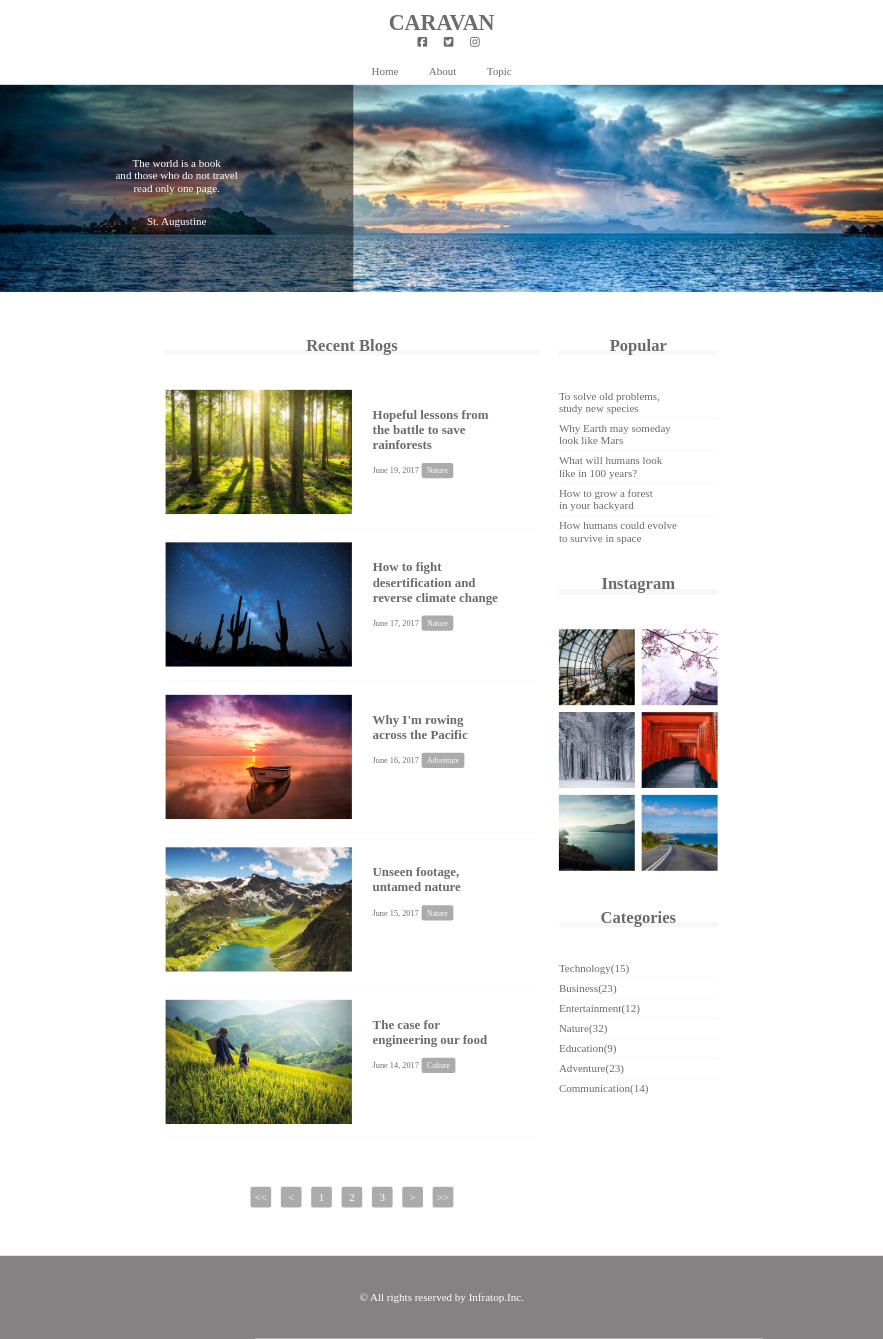
Repository: macchi-ro/-1
Page: caravan/index.html
The author's editor kept a record of every edit. The page is drawn from the files as they stood at one moment, then again after the next edit.
The browser window is 1280 px wide. The pictures show the whole page, at 69% of full size.
Some web libraries are served in a nearby version.

Above is the page before.

### caravan/index.html
<!DOCTYPE html>
<html lang="ja">
  <head>
    <meta charset="UTF-8" />

    <!-- FontAwesomeの読み込み -->
    <script src="https://kit.fontawesome.com/1411ab0f97.js" crossorigin="anonymous"></script>
    <!-- CSSファイルの読み込み -->
    <link rel="stylesheet" href="style.css" />
    <title>CARAVAN</title>


  </head>

  <body>
    <!-- header -->
    <header>
      <h1 class="heading">
        <a href="index.html">
          CARAVAN
        </a>
      </h1>
      <div class="social">
       <i class="fab fa-facebook-square"></i>
       <i class="fab fa-twitter-square"></i>
       <i class="fab fa-instagram"></i>
     </div>
    </header>

    <!-- navigation -->
    <nav>
      <ul class="nav-list">
        <li class="nav-list-item">
          <a href="index.html">Home</a>
        </li>
        <li class="nav-list-item">About</li>
        <li class="nav-list-item">Topic</li>
      </ul>
    </nav>

    <!-- main-visual用のdiv -->
    <div class="main-visual">
      <div class="main-visual-content">
        <p class="main-visual-text">
          The world is a book<br />
          and those who do not travel<br />
          read only one page.
        </p>
        <p class="main-visual-name">
          St. Augustine
        </p>
      </div>
    </div>

    <!-- main用のdiv -->
    <main>
      <section class="blog">
        <h2 class="blog-heading">Recent Blogs</h2>
        <div class="blog-box">
          <div class="blog-item">
            <img class="blog-image" src="img/forest.jpg" />
            <section class="blog-text">
              <h3 class="blog-text-heading">
                <a href="single.html">
                  Hopeful lessons from<br />
                  the battle to save<br />
                  rainforests
                </a>
              </h3>
              <p class="blog-date">June 19, 2017</p>
              <span class="category">Nature</span>
            </section>
          </div>
          <div class="blog-item">
            <img class="blog-image" src="img/desert.jpg" />
            <section class="blog-text">
              <h3 class="blog-text-heading">
                <a href="single.html">
                  How to fight<br />
                  desertification and<br />
                  reverse climate change
                </a>
              </h3>
              <p class="blog-date">June 17, 2017</p>
              <span class="category">Nature</span>
            </section>
          </div>
          <div class="blog-item">
            <img class="blog-image" src="img/sunset.jpg" />
            <section class="blog-text">
              <h3 class="blog-text-heading">
                <a href="single.html">
                  Why I'm rowing<br />
                  across the Pacific
                </a>
              </h3>
              <p class="blog-date">June 16, 2017</p>
              <span class="category">Adventure</span>
            </section>
          </div>
          <div class="blog-item">
            <img class="blog-image" src="img/italy.jpg" />
            <section class="blog-text">
              <h3 class="blog-text-heading">
                <a href="single.html">
                  Unseen footage,<br />
                  untamed nature
                </a>
              </h3>
              <p class="blog-date">June 15, 2017</p>
              <span class="category">Nature</span>
            </section>
          </div>
          <div class="blog-item">
            <img class="blog-image" src="img/asia.jpg" />
            <section class="blog-text">
              <h3 class="blog-text-heading">
                <a href="single.html">
                  The case for<br />
                  engineering our food
                </a>
              </h3>
              <p class="blog-date">June 14, 2017</p>
              <span class="category">Culture</span>
            </section>
          </div>
        </div>
        <div class="pagination">
          <p><<</p>
          <p><</p>
          <p>1</p>
          <p>2</p>
          <p>3</p>
          <p>></p>
          <p>>></p>
        </div>
      </section>
      <div class="sidebar">
        <section class="popular">
          <h2 class="popular-heading common-heading">Popular</h2>
          <div class="sidebar-contents">
            <p class="popular-text">
              To solve old problems,<br />study new species
            </p>
            <p class="popular-text">
              Why Earth may someday<br />look like Mars
            </p>
            <p class="popular-text">
              What will humans look<br />like in 100 years?
            </p>
            <p class="popular-text">
              How to grow a forest<br />in your backyard
            </p>
            <p class="popular-text">
              How humans could evolve<br />to survive in space
            </p>
          </div>
        </section>
        <section class="instagram">
          <h2 class="instagram-heading common-heading">Instagram</h2>
          <div class="sidebar-contents">
            <div class="instagram-box"></div>
            <div class="instagram-box"></div>
            <div class="instagram-box"></div>
            <div class="instagram-box"></div>
            <div class="instagram-box"></div>
            <div class="instagram-box"></div>
          </div>
        </section>
        <section class="categories">
          <h2 class="categories-heading common-heading">Categories</h2>
          <div class="sidebar-contents">
            <p class="categories-text">Technology(15)</p>
            <p class="categories-text">Business(23)</p>
            <p class="categories-text">Entertainment(12)</p>
            <p class="categories-text">Nature(32)</p>
            <p class="categories-text">Education(9)</p>
            <p class="categories-text">Adventure(23)</p>
            <p class="categories-text">Communication(14)</p>
          </div>
        </section>
      </div>
    </main>

    <!-- footer -->
    <footer>
      <p class="footer-text">© All rights reserved by Infratop.Inc.</p>
    </footer>
  </body>
</html>

### caravan/style.css
/* ブラウザがそれぞれ持っているCSSをリセットするための記述 */
* {
  margin: 0;
  padding: 0;
  box-sizing: border-box;
  color: #6c6b6b;
}

a {
  text-decoration: none;
}

header {
  width: 100%; /* 横幅90% */
  padding: 15px 0;
  margin: 0 auto;
  text-align: center;
  position: relative;
}

.social i {
  display: inline-block;
  margin-left: 20px;
}

header .heading {
  /* headerタグ内のheadingクラスにのみ反映される */
  font-size: 32px;
}

.nav-list {
  text-align: center;
  padding: 10px 0;
  margin: 0 auto;
}

.nav-list-item {
  list-style: none;
  display: inline-block;
  margin: 0 20px;
}

.main-visual {
  width: 100%; /* 横幅いっぱい */
  height: 300px; /* 高さ300px */
  background-image: url(img/mv.jpg);
  background-size: cover; /* 縦横比を維持したまま背景領域を埋め尽くす */
  background-position: center; /* 背景画像を中央に配置 */
}

.main-visual-content {
  width: 40%; /* 横幅40% */
  height: 300px; /* 親の高さに揃える */
  background-color: rgba(0, 0, 0, 0.5); /* 背景色を半透明の黒にする */
  text-align: center; /* 文字を中央揃えにする */
  padding-top: 105px; /* 上側の内側余白で垂直方向の位置を調整 */
}

.main-visual-text {
  color: #fff; /* 文字色を白に変更 */
}

.main-visual-name {
  margin-top: 30px; /* 上側の外側の余白 */
  color: #fff; /* 文字色を白に変更 */
}

main {
  width: 800px; /* 横幅800px */
  display: flex; /* Flexboxの利用 */
  justify-content: center; /* 要素の横並び・中央寄せ */
  margin: 0 auto; /* 要素の中央揃え */
  padding: 70px 0; /* 上下に70px、左右に0pxの内側余白 */
}

.blog {
  width: 540px;
  margin-right: 30px; /* 領域の右側余白 */
}

.blog-heading {
  border-bottom: 8px solid #f7f7f7;
  text-align: center;
  line-height: 0.6;
}

.blog-box {
  padding-top: 50px;
}

.blog-item {
  padding-bottom: 20px;
  margin-bottom: 20px;
  border-bottom: 1px solid #f7f7f7;
  display: flex;
  justify-content: flex-start;
}

.blog-image {
  height: 180px;
}

.blog-text {
  padding: 25px 0 0 30px;
}

.blog-text-heading {
  padding-bottom: 15px;
}

.blog-date {
  font-size: 12px;
  display: inline-block;
}

.category {
  display: inline-block;
  padding: 5px 8px;
  background-color: #acabab;
  border-radius: 3px;
  color: #fff;
  font-size: 11px;
}

.pagination {
  text-align: center;
  padding-top: 50px;
}

.pagination p {
  display: inline-block;
  width: 30px;
  height: 30px;
  margin: 0 5px;
  color: #fff;
  background-color: #acabab;
  border-radius: 3px;
  line-height: 30px;
}

.sidebar {
  width: 230px;
}

.common-heading {
  border-bottom: 8px solid #f7f7f7;
  text-align: center;
  line-height: 0.6;
}

.sidebar-contents {
  padding: 50px 0;
}

.popular-text,
.categories-text {
  padding-bottom: 5px;
  border-bottom: 1px solid #f7f7f7;
  margin-bottom: 5px;
}

.popular-text:last-child,
.categories-text:last-child {
  margin: 0;
  padding: 0;
  border: none;
}

.instagram .sidebar-contents {
  display: flex;
  flex-wrap: wrap;
}

.instagram-box {
  width: 110px;
  padding-top: 110px;
  background-size: cover;
  background-position: center;
  margin-bottom: 10px;
}

.instagram-box:nth-child(odd) {
  margin-right: 10px;
}

.instagram-box:nth-child(1) {
  background-image: url(img/airport.jpg);
}

.instagram-box:nth-child(2) {
  background-image: url(img/japan.jpg);
}

.instagram-box:nth-child(3) {
  background-image: url(img/snow.jpg);
}

.instagram-box:nth-child(4) {
  background-image: url(img/japan2.jpg);
}

.instagram-box:nth-child(5) {
  background-image: url(img/lake.jpg);
}

.instagram-box:nth-child(6) {
  background-image: url(img/road.jpg);
}

footer {
  width: 100%;
  height: 120px;
  text-align: center;
  line-height: 120px;
  background-color: #848282;
}

.footer-text {
  color: #fff;
}

After the next edit:
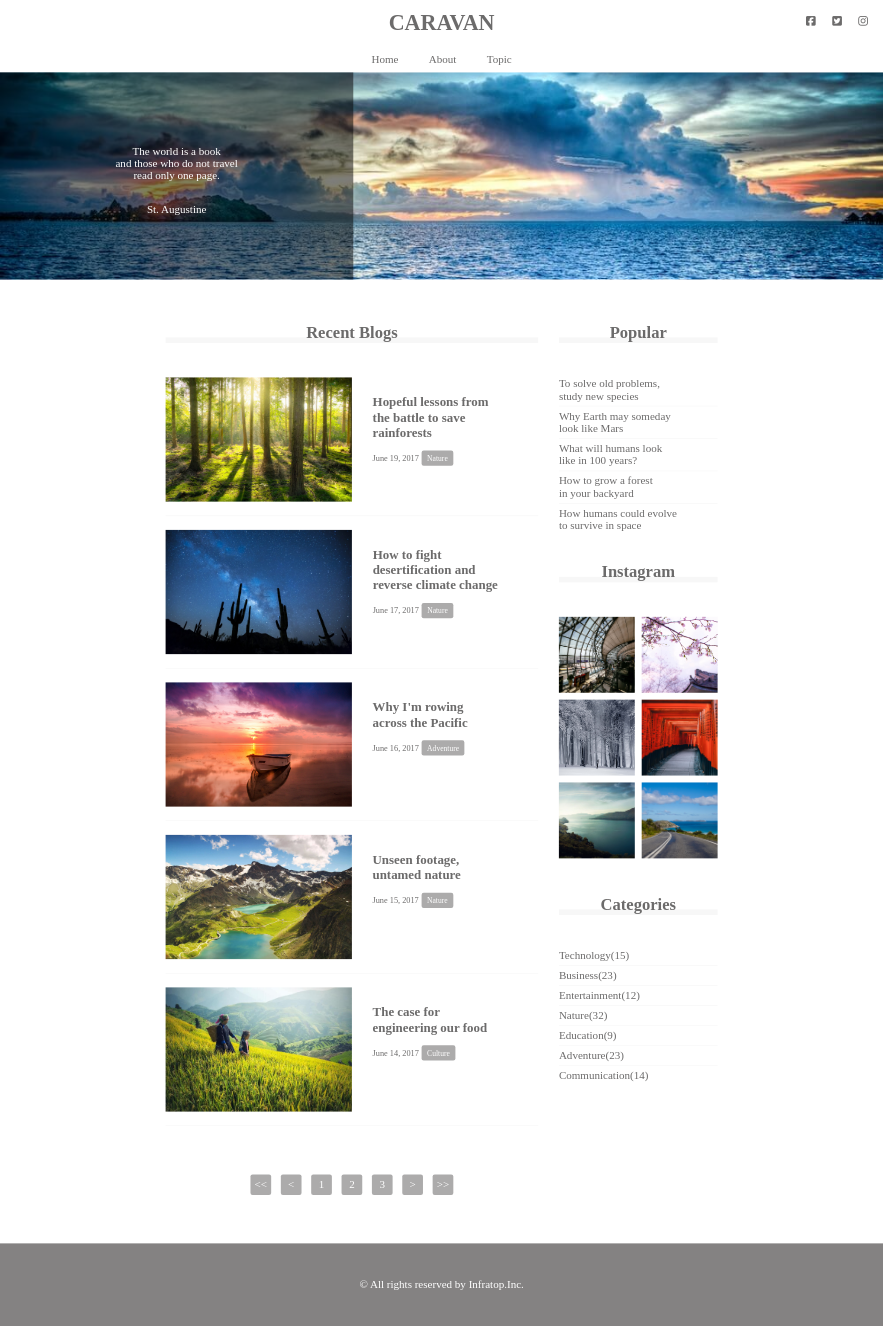
The edit:
--- a/caravan/style.css
+++ b/caravan/style.css
@@ -21,6 +21,13 @@
 .social i {
   display: inline-block;
   margin-left: 20px;
+
+}
+
+.social {
+  position: absolute; /* headerの左上を基準に絶対位置で指定する */
+  top: 22px; /* headerの左上から22px下側へ移動する */
+  right: 22px; /* headerの右上から22px左側へ移動する */
 }
 
 header .heading {
